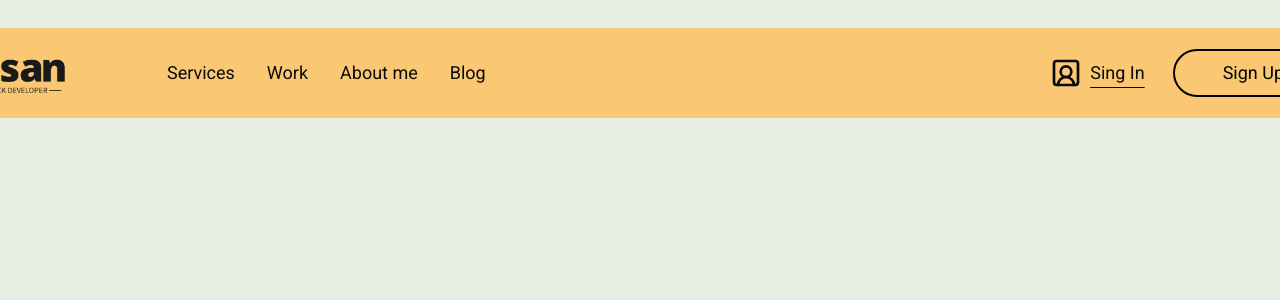
Repository: FrontendProjectsNL/mijn-portfolio-project
Page: /
An editor plug-in stored every save of this project. The page is shown before and after a run of saves, followed by the edit.
The browser window is 1280 px wide. The pictures show the whole page.
The project was rebuilt for these pictures with package versions that can differ from the ones it lists, and the page was loaded fresh each time. The framework's server and built-in components were replaced by stand-ins that run in the browser. Also part of the build but not shown: next.config.mjs.

Above is the page before, as saved 2024-10-27 12:45:22.

After the next 2 saves:
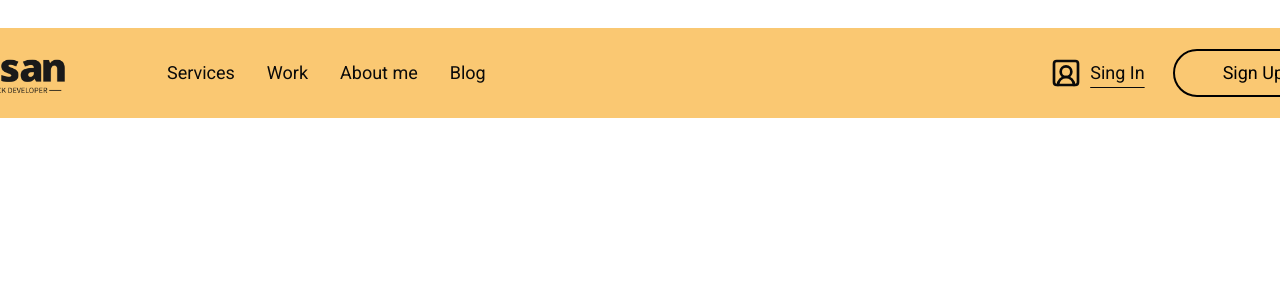
The 2 saves are shown as one change because 1 did not build or start.
The last was saved 28 s later.
--- a/app/page.tsx
+++ b/app/page.tsx
@@ -1,12 +1,5 @@
 import Image from 'next/image';
 
 export default function Home() {
-  return (
-    <div
-      style={{ backgroundColor: 'rgb(230, 239, 226)' }}
-      className="grid grid-rows-[20px_1fr_20px] items-center justify-items-center min-h-screen p-8 pb-20 gap-16 sm:p-20 font-[family-name:var(--font-roboto)]"
-    >
-      Test
-    </div>
-  );
+  return <div></div>;
 }
